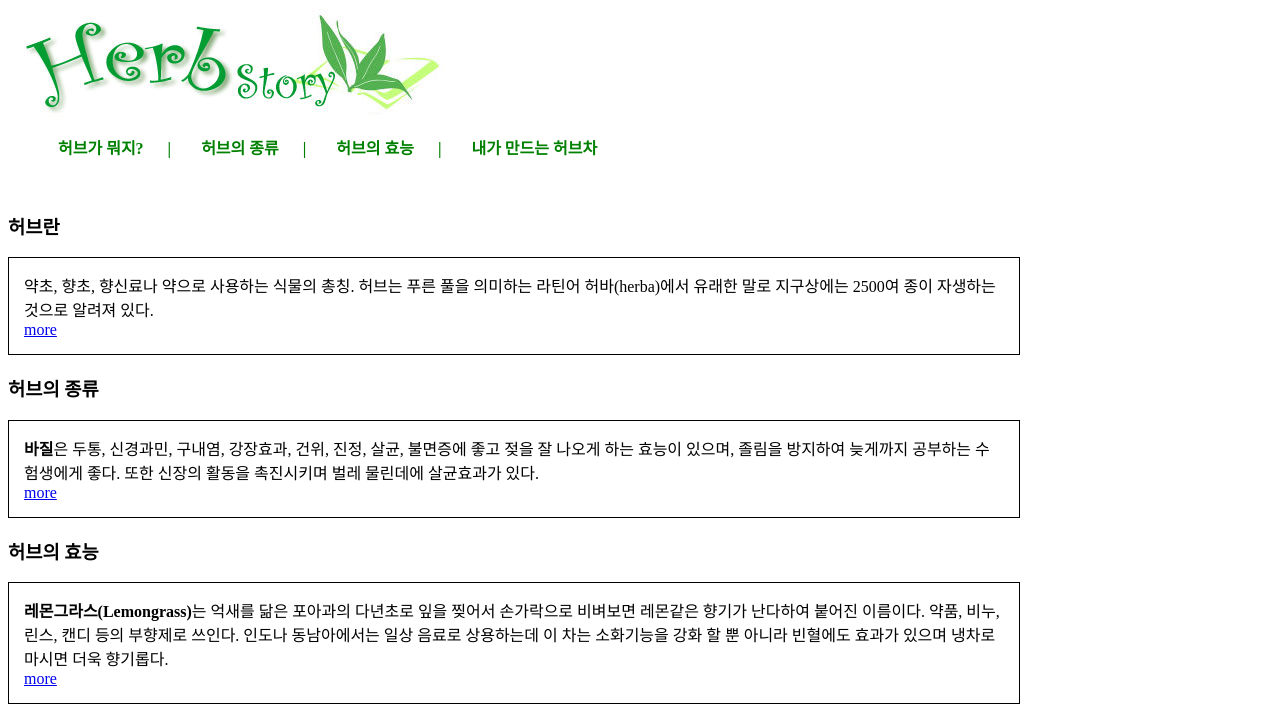
Repository: WonSeungUn/VSCODE
Page: web_work/CSS/WebContent/menu.htm
An editor plug-in stored every save of this project. The page is shown before and after the next save, followed by the edit.
The browser window is 1280 px wide. The pictures show the whole page.

Above is the page before, as saved 2024-07-09 06:42:51.

### web_work/CSS/WebContent/menu.htm
<!DOCTYPE HTML PUBLIC "-//W3C//DTD HTML 4.01//EN" "http://www.w3.org/TR/html4/strict.dtd">
<html>
<head>
<meta http-equiv="Content-Type" content="text/html; charset=UTF-8">
<title>Herb Story</title>
<style type="text/css">
	#pipe li {
		display: inline;
		margin : 0px 10px;

	}

	#pipe .first :before {
		content: none;
	}

	#pipe a {
		text-decoration: none;
		color : green;
		font-weight: bolder;
	}

	#pipe li :before {
		content : "|";
		margin-right : 30px;
	}

	.box {
		width : 980px;
		border : 1px solid #000;
		min-height: 50px;
		padding : 15px;
	}



</style>
</head>
<body>
<a href="index_hor6.htm"><img src="images/herblogo.jpg" border="0"></a>
 <ul id="pipe">
  <li class="first"><a href="#">허브가 뭐지?</a></li>
  <li><a href="#">허브의 종류</a></li>
  <li><a href="#">허브의 효능</a></li>
  <li><a href="#">내가 만드는 허브차</a></li>
 </ul>
<br>
<h3>허브란</h3>
<p class="box">약초, 향초, 향신료나 약으로 사용하는 식물의 총칭. 허브는 푸른 풀을 의미하는 라틴어 허바(herba)에서 유래한 말로 지구상에는 2500여 종이 자생하는 것으로 알려져 있다.<br>
<span class="more"><a href="#">more</a></span></p>
<h3>허브의 종류</h3>
<p class="box"><strong>바질</strong>은 두통, 신경과민, 구내염, 강장효과, 건위, 진정, 살균, 불면증에 좋고 젖을 잘 나오게 하는 효능이 있으며, 졸림을 방지하여 늦게까지 공부하는 수험생에게 좋다. 또한 신장의 활동을 촉진시키며 벌레 물린데에 살균효과가 있다.<br><span class="more"><a href="#">more</a></span></p>
<h3>허브의 효능</h3>
<p class="box"><strong>레몬그라스(Lemongrass)</strong>는 억새를 닮은 포아과의 다년초로 잎을 찢어서 손가락으로 비벼보면 레몬같은 향기가 난다하여 붙어진 이름이다. 약품, 비누,린스, 캔디 등의 부향제로 쓰인다. 인도나 동남아에서는 일상 음료로 상용하는데 이 차는 소화기능을 강화 할 뿐 아니라 빈혈에도 효과가 있으며 냉차로 마시면 더욱 향기롭다.<br> <span class="more"><a href="#">more</a></span></p>
</body>
</html>

After the next save:
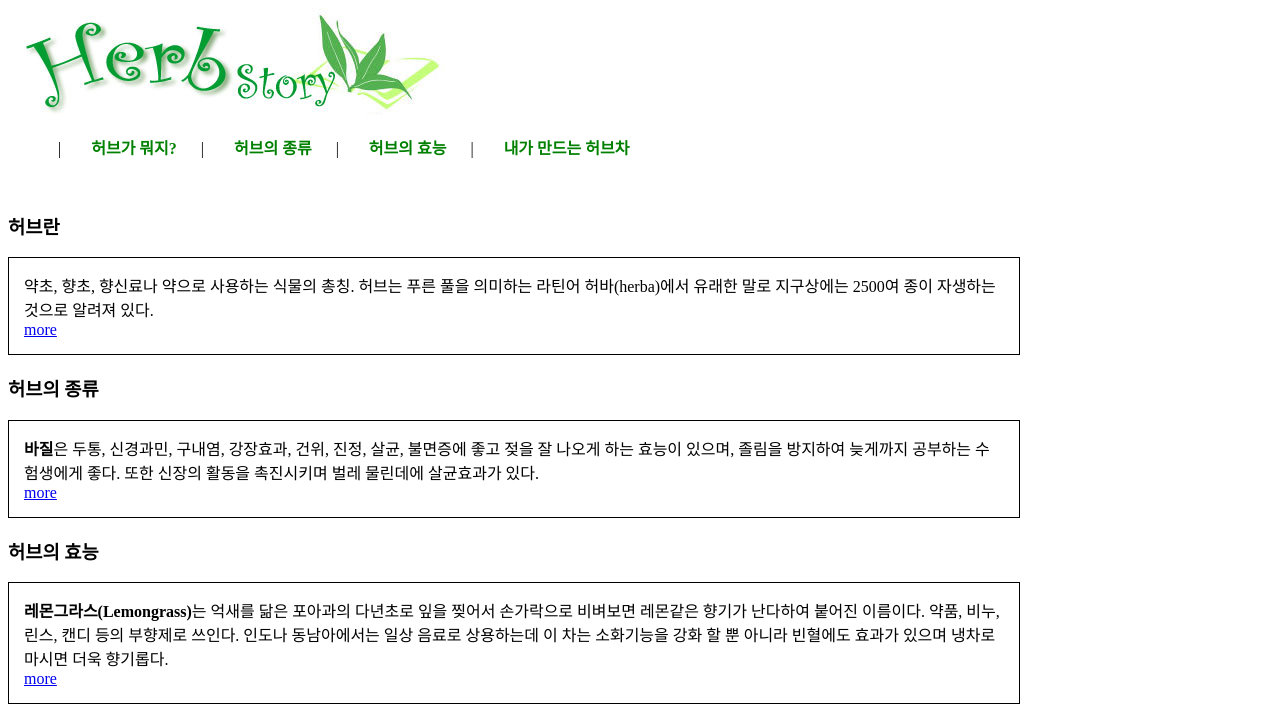
Saved 3 min 55 s later.
--- a/web_work/CSS/WebContent/menu.htm
+++ b/web_work/CSS/WebContent/menu.htm
@@ -20,7 +20,7 @@
 		font-weight: bolder;
 	}
 
-	#pipe li :before {
+	#pipe li:before {
 		content : "|";
 		margin-right : 30px;
 	}

After the save that followed:
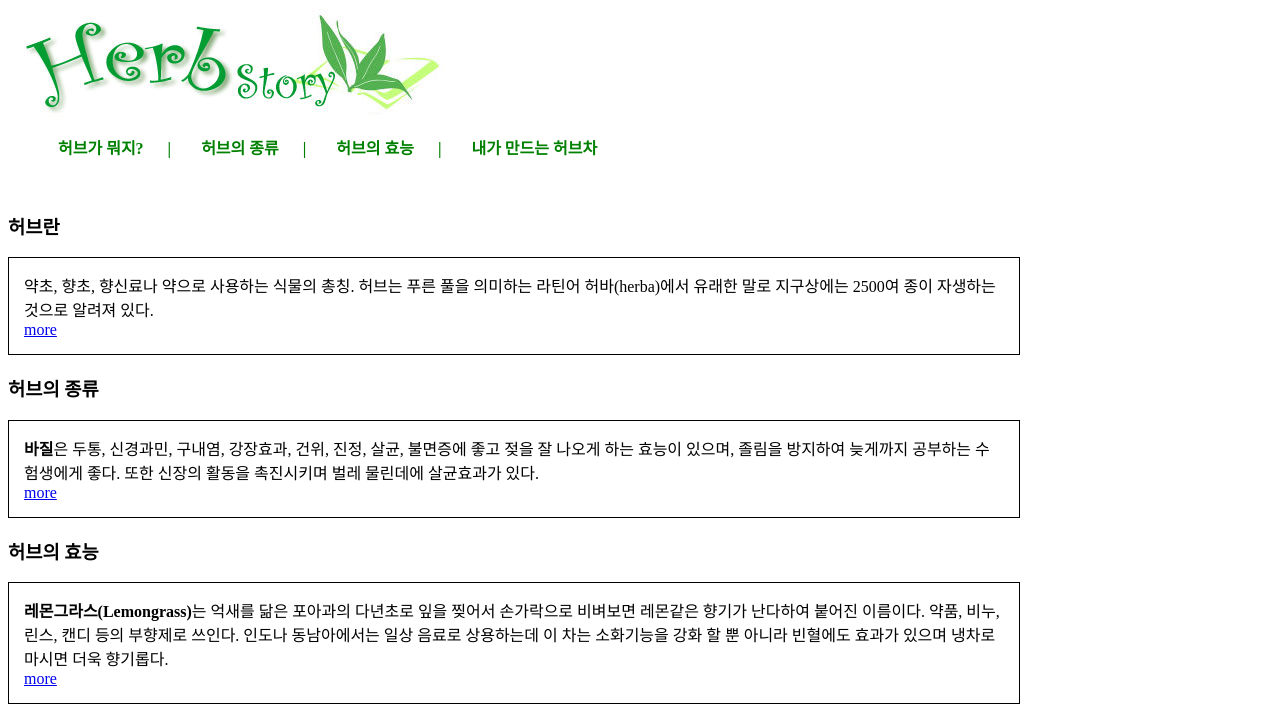
Saved 13 s later.
--- a/web_work/CSS/WebContent/menu.htm
+++ b/web_work/CSS/WebContent/menu.htm
@@ -20,7 +20,7 @@
 		font-weight: bolder;
 	}
 
-	#pipe li:before {
+	#pipe li :before {
 		content : "|";
 		margin-right : 30px;
 	}
